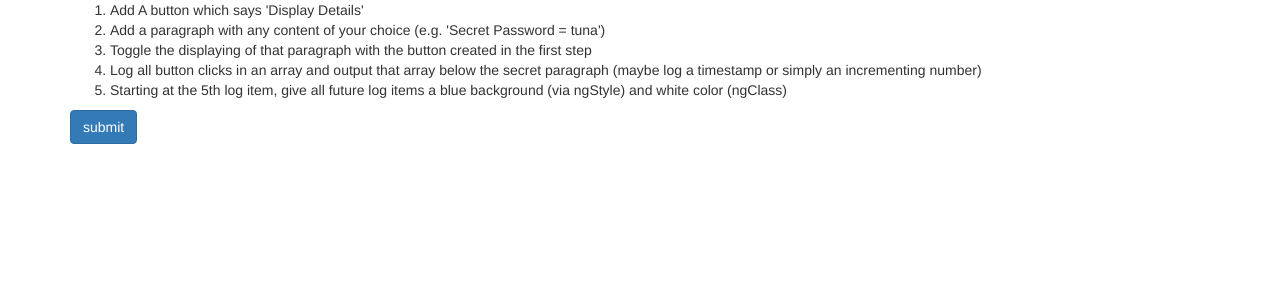
Repository: warrior1803-wang/Angular-Practices
Page: /
These files come from the project's save history. The page is drawn as it stood at one moment and after the next save; the edit follows.
The browser window is 1280 px wide. The pictures show the whole page.
The project was rebuilt for these pictures with package versions that can differ from the ones it lists, and the page was loaded fresh each time. Also part of the build but not shown: angular.json.

Above is the page before, as saved 2022-11-02 21:38:13.

### src/app/app.component.ts
import { Component } from '@angular/core';

@Component({
  selector: 'app-root',
  templateUrl: './app.component.html',
  styleUrls: ['./app.component.css']
})
export class AppComponent {
  username = ""
  onSubmit(){
    this.username = ""
  }
}

### src/app/app.component.html
<div class="container">
  <div class="row">
    <div class="col-xs-12">
      <ol>
        <li>Add A button which says 'Display Details'</li>
        <li>
          Add a paragraph with any content of your choice (e.g. 'Secret Password
          = tuna')
        </li>
        <li>
          Toggle the displaying of that paragraph with the button created in the
          first step
        </li>
        <li>
          Log all button clicks in an array and output that array below the
          secret paragraph (maybe log a timestamp or simply an incrementing
          number)
        </li>
        <li>
          Starting at the 5th log item, give all future log items a blue
          background (via ngStyle) and white color (ngClass)
        </li>
      </ol>
      <button class="btn btn-primary">submit</button>
    </div>
  </div>
</div>

Loaded but not shown: src/index.html (common file); src/styles.css (common file); src/main.ts (common file); src/app/app.module.ts (common file); src/environments/environment.ts (common file); src/app/app.component.css (no stored copy; drawn as an empty file)

After the next save:
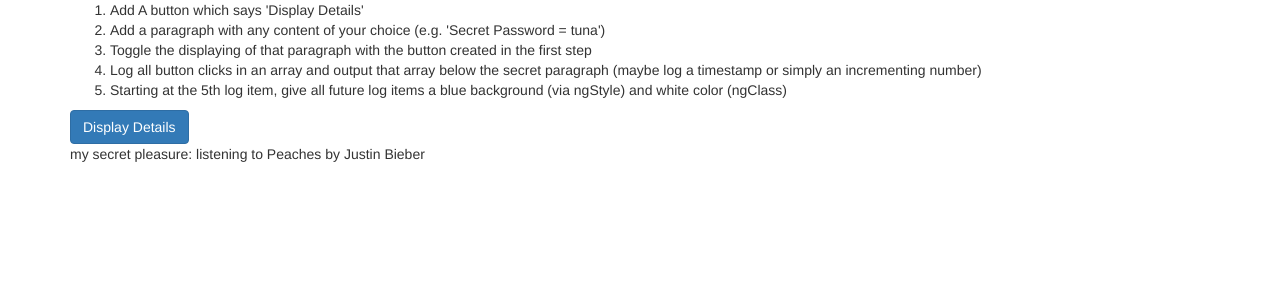
Saved 82 s later.
--- a/src/app/app.component.html
+++ b/src/app/app.component.html
@@ -21,7 +21,8 @@
           background (via ngStyle) and white color (ngClass)
         </li>
       </ol>
-      <button class="btn btn-primary">submit</button>
+      <button class="btn btn-primary">Display Details</button>
+      <p>my secret pleasure: listening to Peaches by Justin Bieber</p>
     </div>
   </div>
 </div>
